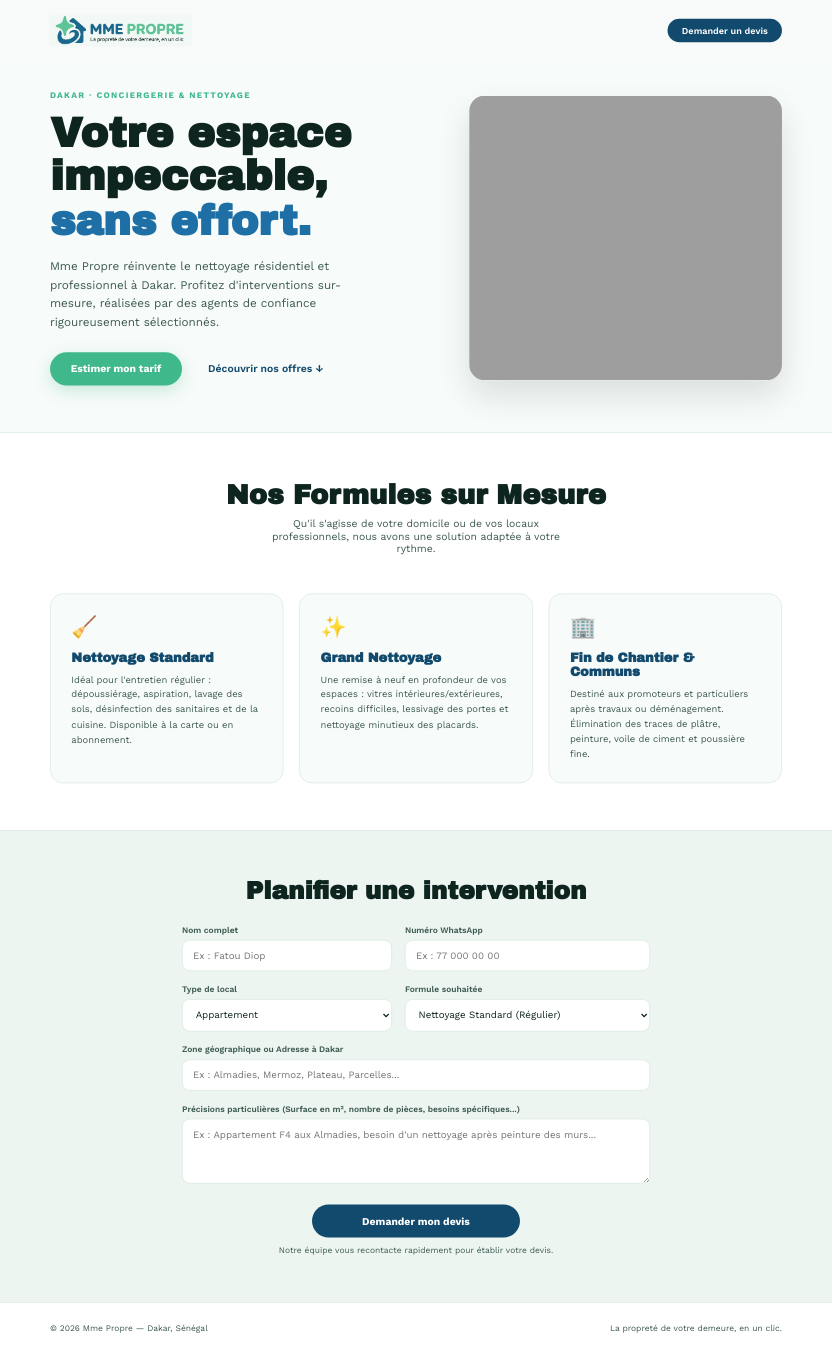
Repository: AntaaaKD/Mme-Propre
Page: Particulier.html
An editor plug-in stored every save of this project. The page is shown before and after the next save, followed by the edit.
The browser window is 1280 px wide. The pictures show the whole page, at 65% of full size.
Pictures or frames that could not be fetched are drawn as grey boxes.

Above is the page before, as saved 2026-07-20 18:01:53.

After the next save:
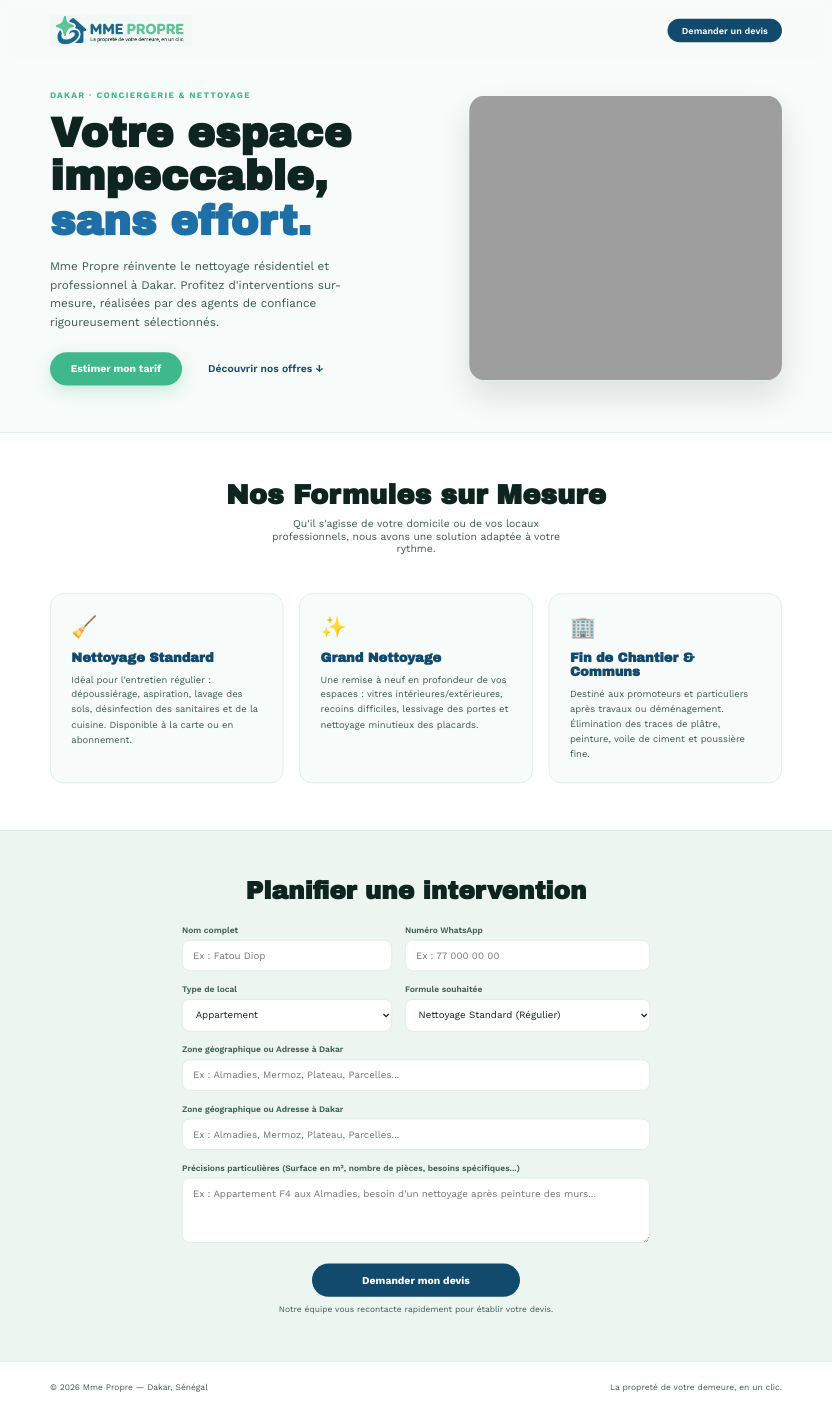
Saved 4 s later.
--- a/Particulier.html
+++ b/Particulier.html
@@ -230,7 +230,10 @@
         <input id="c-adresse" type="text" placeholder="Ex : Almadies, Mermoz, Plateau, Parcelles...">
       </div>
 
-
+        <div class="field full">
+        <label for="c-adresse">Zone géographique ou Adresse à Dakar</label>
+        <input id="c-adresse" type="text" placeholder="Ex : Almadies, Mermoz, Plateau, Parcelles...">
+      </div>
 
       <div class="field full">
         <label for="c-msg">Précisions particulières (Surface en m², nombre de pièces, besoins spécifiques...)</label>
